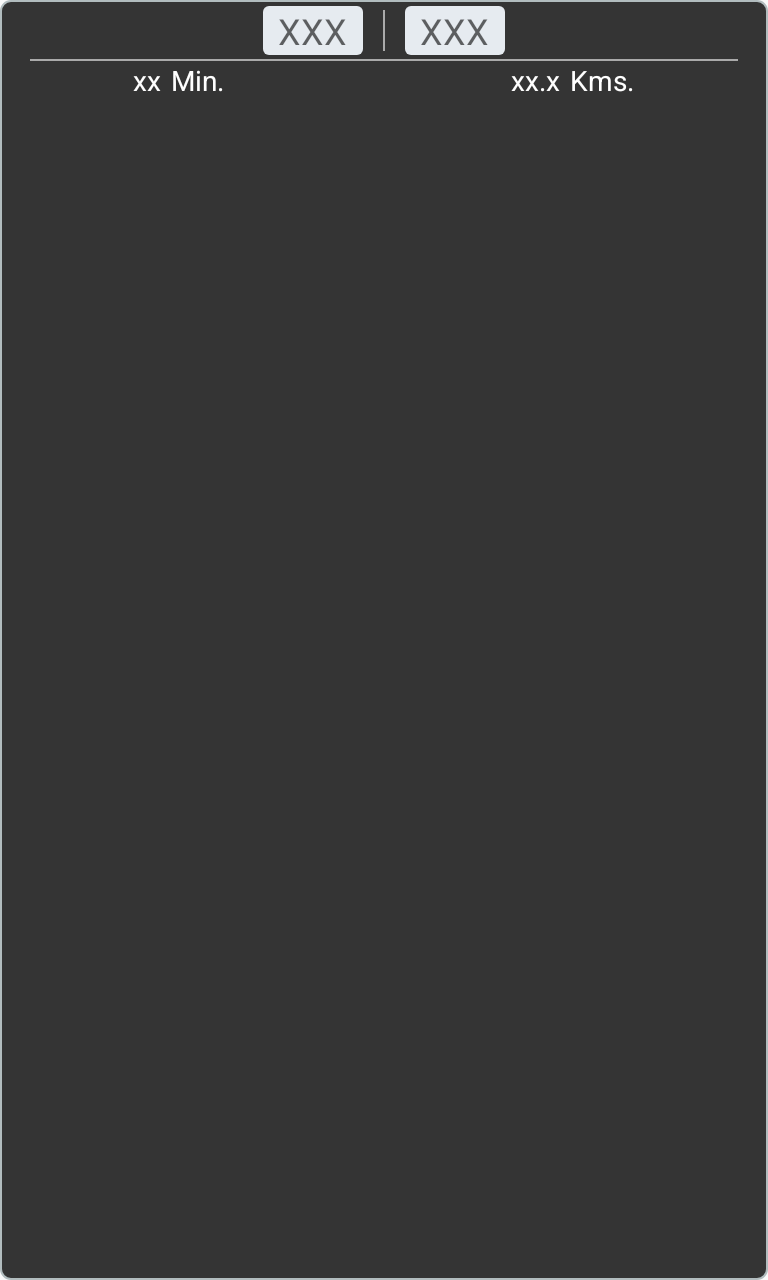
Repository: cooliopas/MyBus
Layout: MyBusAndroid/res/layout/fragment_inforoutcompound.xml
An editor plug-in stored every save of this project. The layout is shown before and after the next save, followed by the edit.
It is drawn on a 768 x 1280 px phone screen (xhdpi) without system bars, with theme AppTheme; the app's code is not run.

Above is the layout before, as saved 2014-08-31 23:43:51.

After the next save:
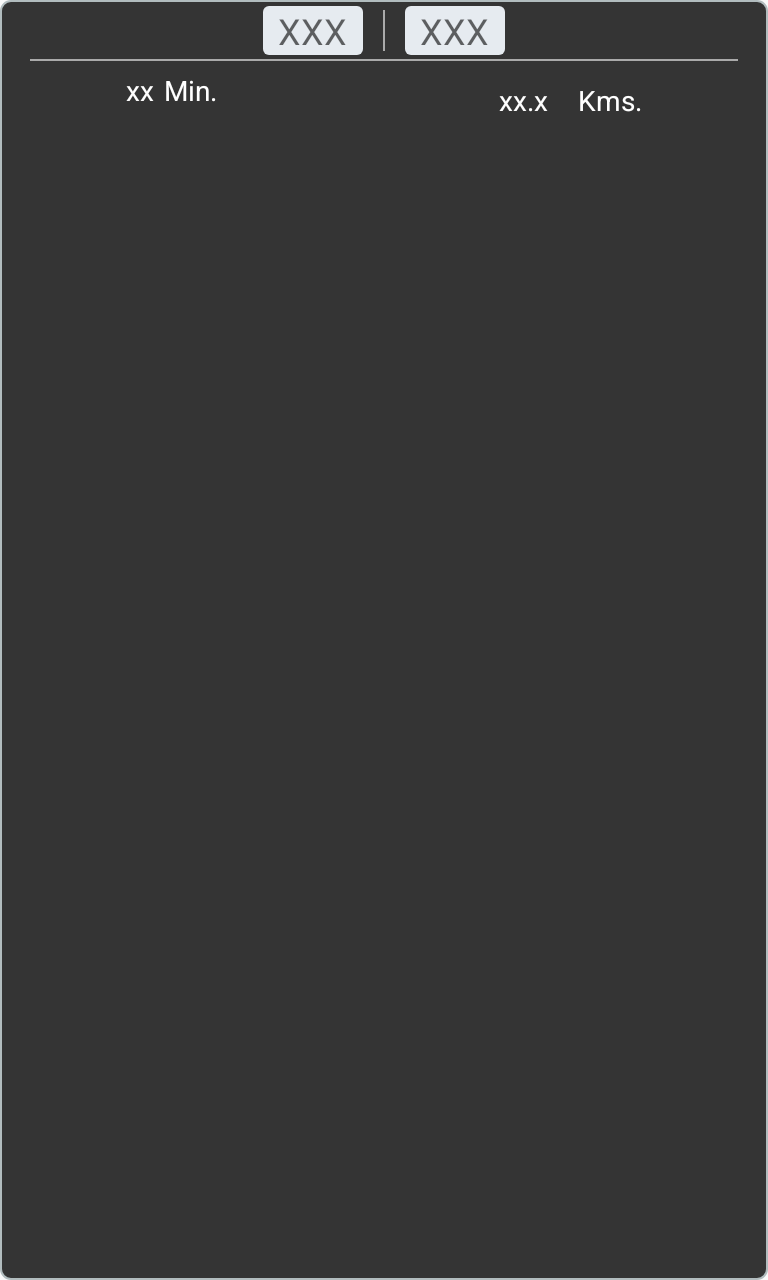
Saved 31 s later.
--- a/MyBusAndroid/res/layout/fragment_inforoutcompound.xml
+++ b/MyBusAndroid/res/layout/fragment_inforoutcompound.xml
@@ -87,7 +87,7 @@
                 android:id="@+id/tv_timestatic"
                 android:layout_width="wrap_content"
                 android:layout_height="wrap_content"
-                android:paddingLeft="5dp"
+                android:padding="5dp"
                 android:text="@string/Minutos2"
                 android:textAppearance="?android:attr/textAppearanceSmall"
                 android:textColor="@color/white" />
@@ -104,7 +104,7 @@
                 android:id="@+id/tv_km"
                 android:layout_width="wrap_content"
                 android:layout_height="wrap_content"
-                android:paddingLeft="10dp"
+                android:padding="10dp"
                 android:text="xx.x"
                 android:textAppearance="?android:attr/textAppearanceSmall"
                 android:textColor="@color/white" />
